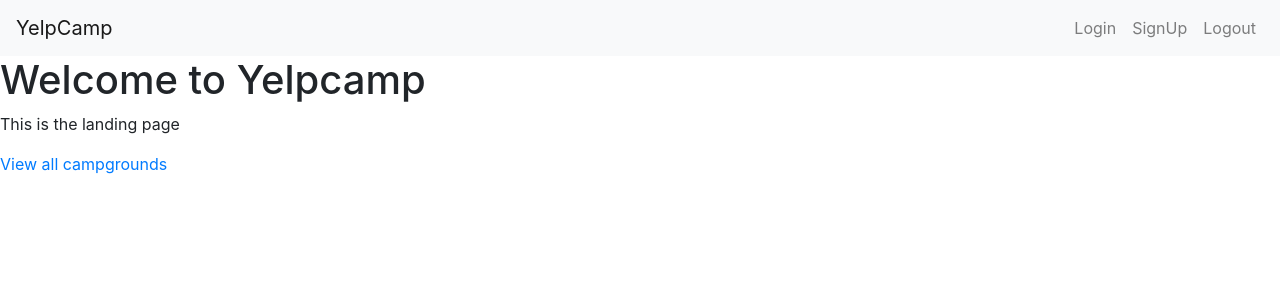
Repository: ninad1999/Yelp-Camp
Page: http://localhost/
The author's editor kept a record of every edit. The page is drawn from the files as they stood at one moment, then again after the next edit.
The browser window is 1280 px wide. The pictures show the whole page.
The page is served by the project's Node server (V6/app.js).

Above is the page before.

After the next edit:
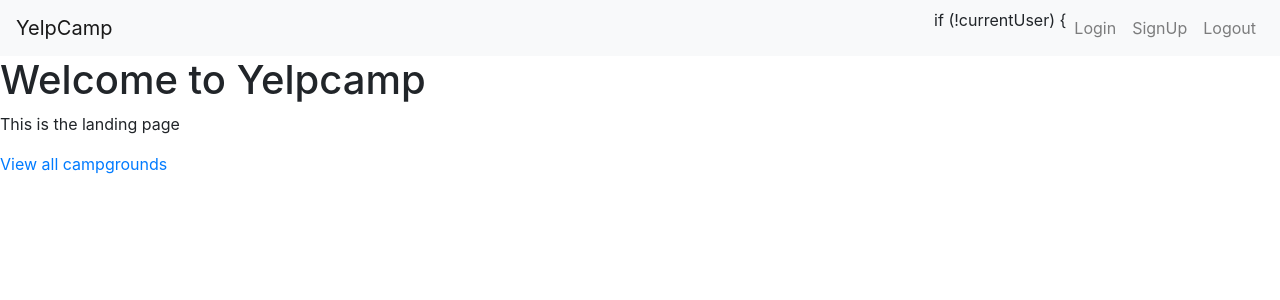
The edit:
--- a/workspace/V6/views/partials/header.ejs
+++ b/workspace/V6/views/partials/header.ejs
@@ -16,6 +16,7 @@
             <ul class="navbar-nav mr-auto">
             </ul>
             <ul class="navbar-nav navbar-right">
+                if (!currentUser) {
                 <li class="nav-item">
                     <a class="nav-link" href="/login">Login</a>
                 </li>
